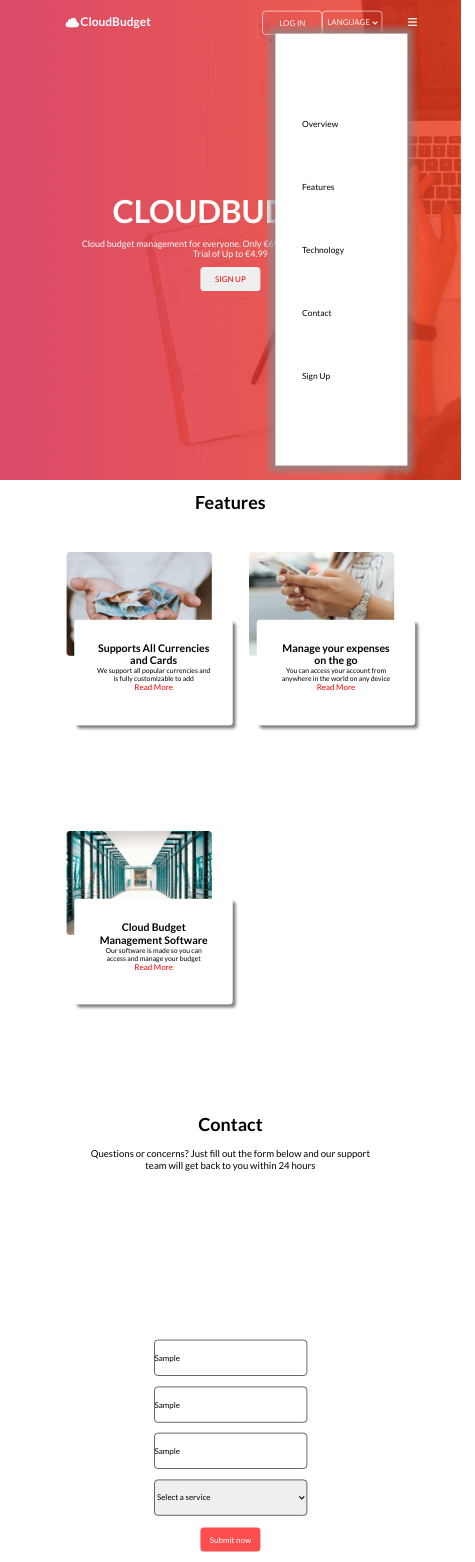
Repository: havvanurrana/website3
Page: index.html
These files come from the project's save history. The page is drawn as it stood at one moment and after the next save; the edit follows.
The browser window is 768 px wide. The page is 791 px wide, so the pictures cover 791 px, including what lies to the right of the window. The pictures show the whole page, at 60% of full size.
Empty fields were first filled with sample values (such as "Sample", 5 or name@example.com).
After loading, the first visible `#menu` was clicked once.

Above is the page before, as saved 2024-08-05 20:45:53.

After the next save:
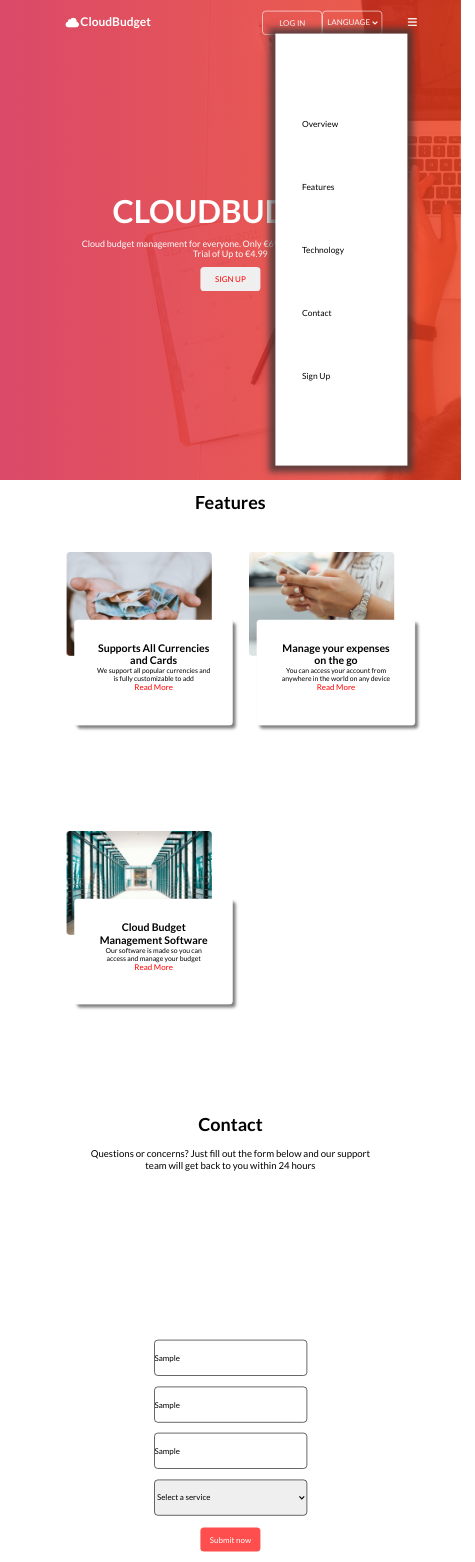
Saved 10 s later.
--- a/style.css
+++ b/style.css
@@ -282,7 +282,7 @@ input{
        transition: right 0.3s ease;
        color: black;
        justify-content: center;
-       box-shadow: 0px 0px 10px 10px rgba(141, 136, 136, 0.75);
+       box-shadow: 0px 0px 10px 10px rgba(56, 55, 55, 0.75);
       transition: 0.3s ease;
    }
 
